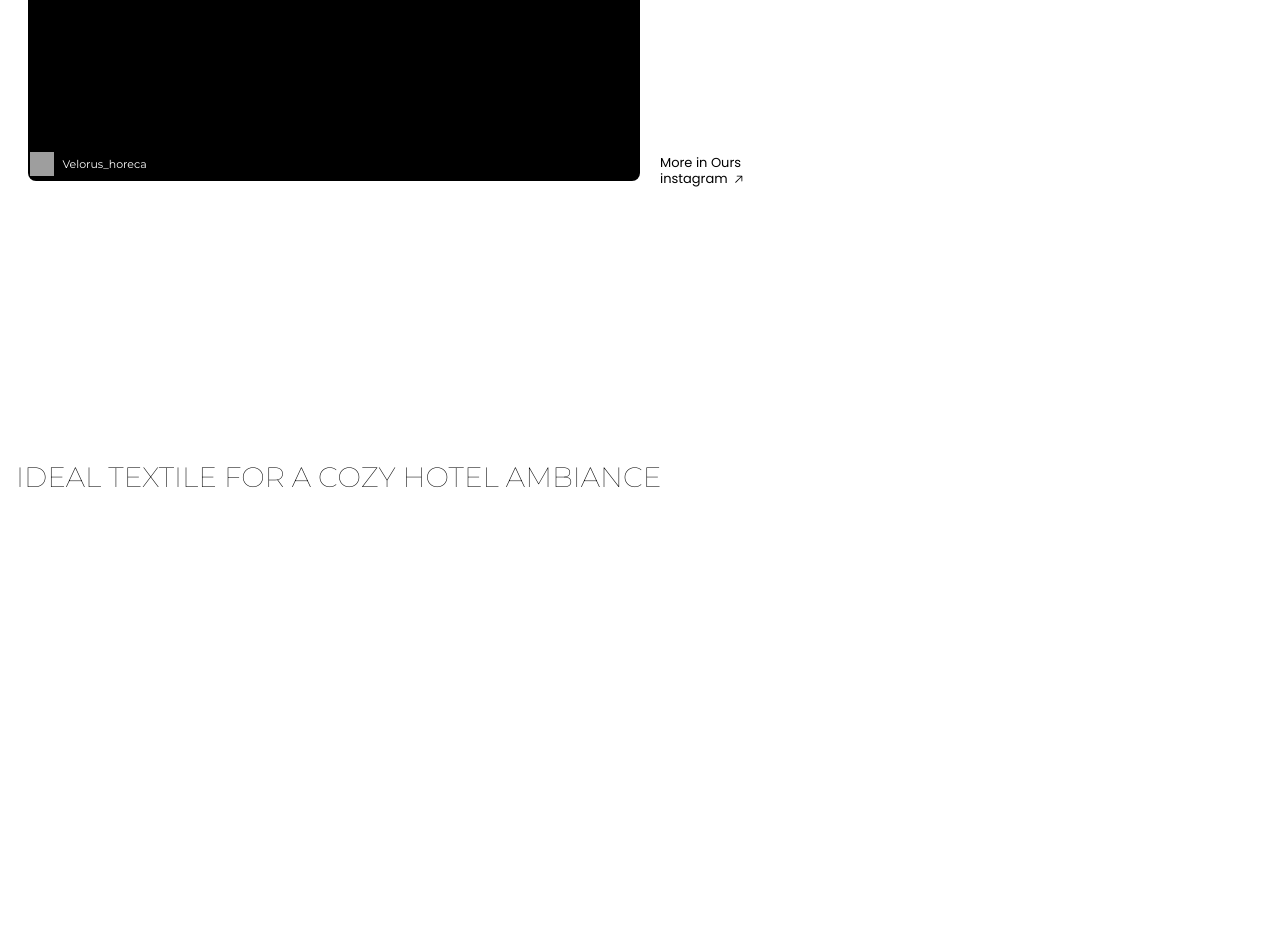
Repository: nikhilsinghrathore1/Shery_02
Page: /
An editor plug-in stored every save of this project. The page is shown before and after the next save, followed by the edit.
The browser window is 1280 px wide. The pictures show the part of the page from y = 3288 to 4240 px (the page is 5544 px tall).
Pictures or frames that could not be fetched are drawn as grey boxes. The project was rebuilt for these pictures with package versions that can differ from the ones it lists, and the page was loaded fresh each time. Also part of the build but not shown: vite.config.js.

Above is the page before, as saved 2024-07-18 03:05:05.

After the next save:
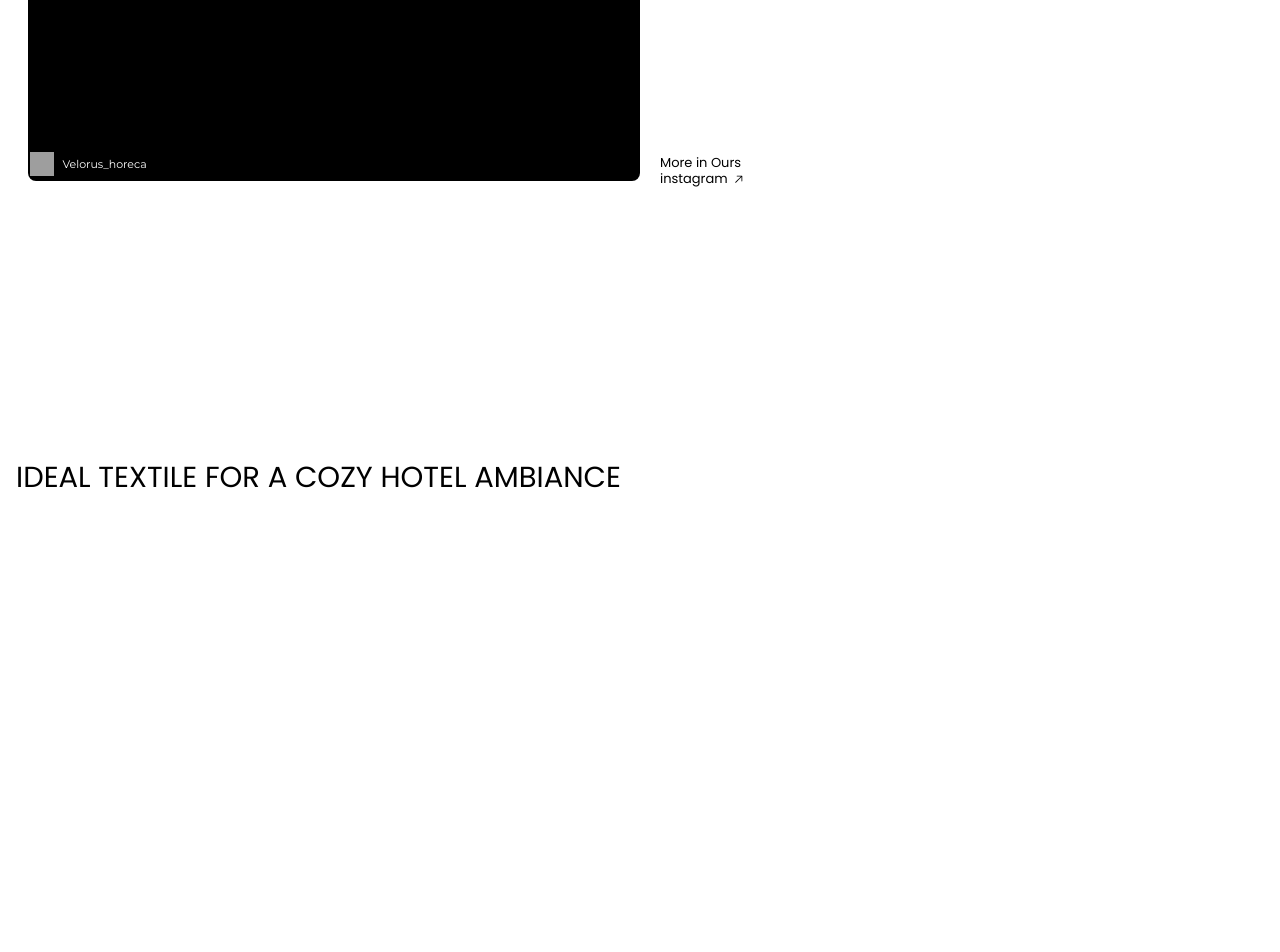
Saved 7 s later.
--- a/src/pages/Landing.jsx
+++ b/src/pages/Landing.jsx
@@ -55,7 +55,7 @@ const Landing = () => {
                </div>
 
                <div className='w-full h-[250vh] px-4'>
-                              <div className='w-full uppercase text-[28px] f4 '>
+                              <div className='w-full uppercase text-[29px] f5 '>
                                              <p>ideal textile for a cozy hotel ambiance</p>
                               </div>
                </div>
